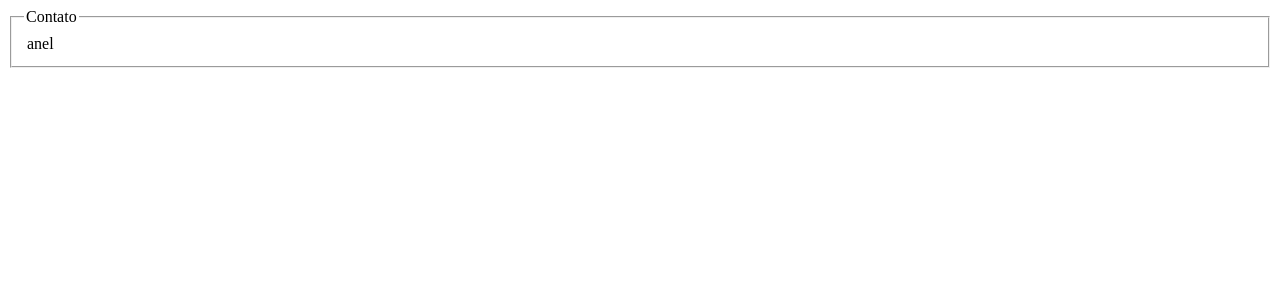
Repository: daniloserafim/trilha-backend-senai
Page: exemploServlet/WebContent/contato.html
An editor plug-in stored every save of this project. The page is shown before and after the next save, followed by the edit.
The browser window is 1280 px wide. The pictures show the whole page.

Above is the page before, as saved 2022-05-31 22:09:28.

### exemploServlet/WebContent/contato.html
<!DOCTYPE html>
<html>
<head>
<meta charset="ISO-8859-1">
<title>Insert title here</title>
</head>
<body>
	<form>
		<fieldset>
			<legend>Contato</legend>
			<table>
				<tr>
					<td>anel</td>
				</tr>
			</table>
		</fieldset>
	</form>
</body>
</html>

After the next save:
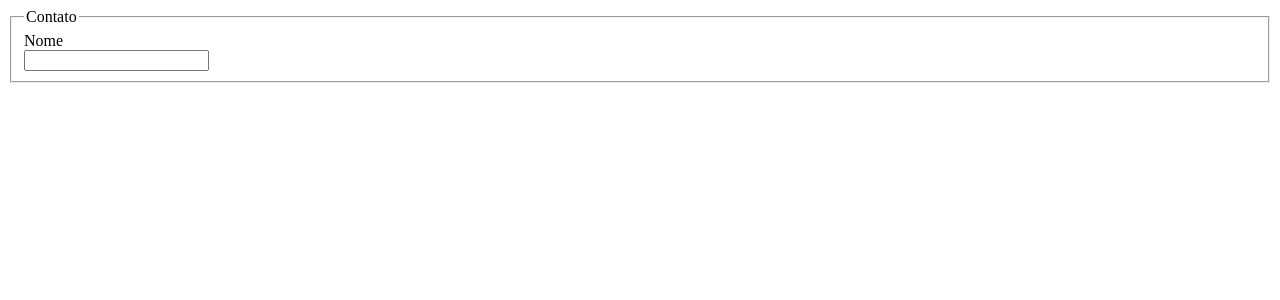
Saved 6 min 25 s later.
--- a/exemploServlet/WebContent/contato.html
+++ b/exemploServlet/WebContent/contato.html
@@ -8,11 +8,16 @@
 	<form>
 		<fieldset>
 			<legend>Contato</legend>
-			<table>
-				<tr>
-					<td>anel</td>
-				</tr>
-			</table>
+			<div class="form-box">
+				<div class="nome-box">
+					<div class="nome-title">
+						<label>Nome</label>
+					</div>
+					<div class="nome-input">
+						<input>
+					</div>
+				</div>
+			</div>
 		</fieldset>
 	</form>
 </body>
